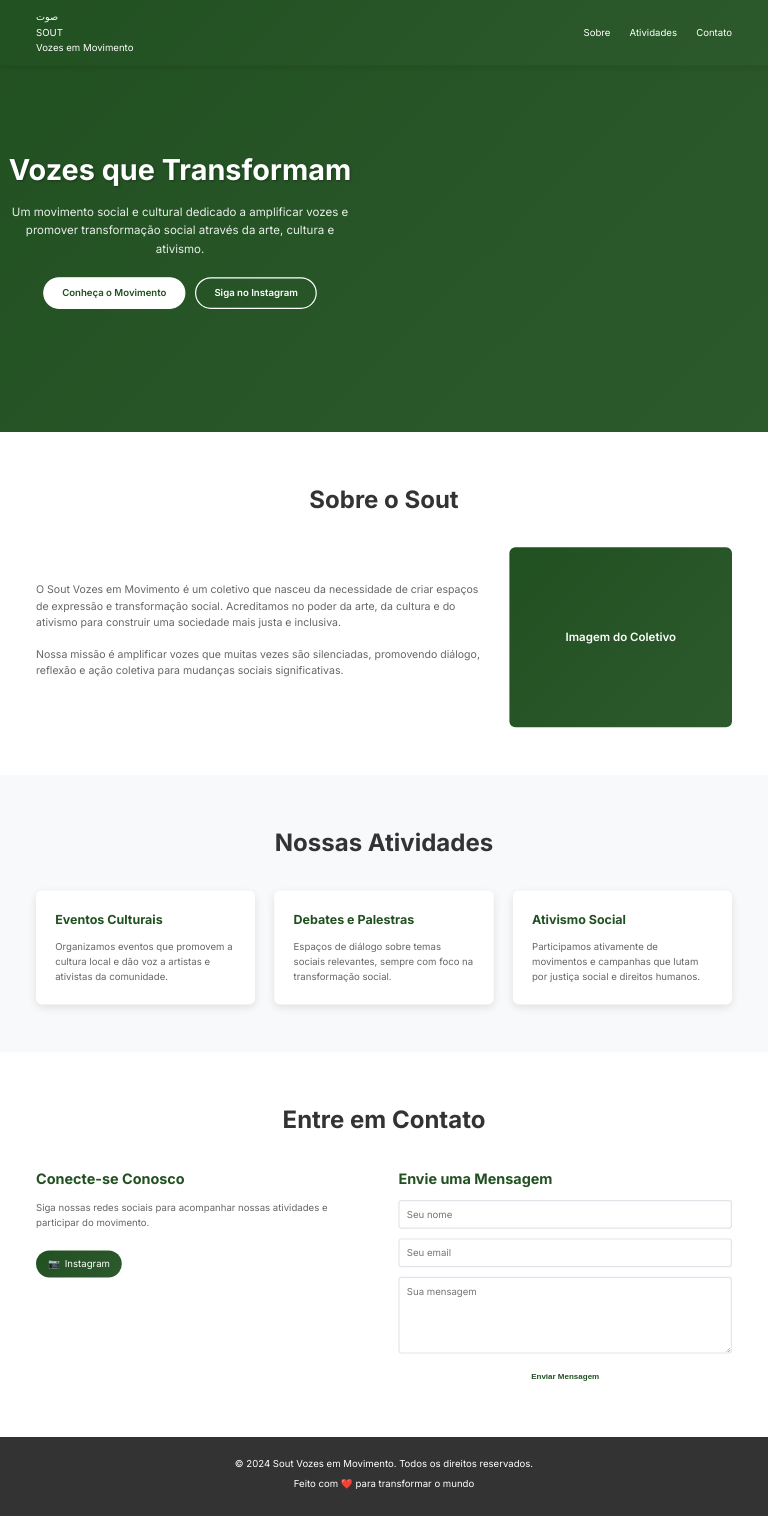
Repository: farukzahra/sout
Page: index.html
These files come from the project's save history. The page is drawn as it stood at one moment and after the next save; the edit follows.
The browser window is 1280 px wide. The pictures show the whole page, at 60% of full size.

Above is the page before, as saved 2025-10-02 12:54:59.

### index.html
<!DOCTYPE html>
<html lang="pt-BR">
<head>
    <meta charset="UTF-8">
    <meta name="viewport" content="width=device-width, initial-scale=1.0">
    <title>Sout Vozes em Movimento</title>
    <meta name="description" content="Sout Vozes em Movimento - Movimento social e cultural">
    <link rel="stylesheet" href="style.css">
    <link href="https://fonts.googleapis.com/css2?family=Inter:wght@300;400;600;700&display=swap" rel="stylesheet">
</head>
<body>
    <header class="header">
        <nav class="nav">
            <div class="nav-brand">
                <div class="logo">
                    <div class="logo-text">صوت</div>
                    <div class="logo-main">SOUT</div>
                    <div class="logo-subtitle">Vozes em Movimento</div>
                </div>
            </div>
            <ul class="nav-menu">
                <li><a href="#sobre">Sobre</a></li>
                <li><a href="#atividades">Atividades</a></li>
                <li><a href="#contato">Contato</a></li>
            </ul>
        </nav>
    </header>

    <main>
        <section class="hero">
            <div class="hero-content">
                <h2>Vozes que Transformam</h2>
                <p>Um movimento social e cultural dedicado a amplificar vozes e promover transformação social através da arte, cultura e ativismo.</p>
                <div class="hero-buttons">
                    <a href="#sobre" class="btn btn-primary">Conheça o Movimento</a>
                    <a href="https://www.instagram.com/sout_vozesemmovimento/" target="_blank" class="btn btn-secondary">Siga no Instagram</a>
                </div>
            </div>
        </section>

        <section id="sobre" class="section">
            <div class="container">
                <h2>Sobre o Sout</h2>
                <div class="about-content">
                    <div class="about-text">
                        <p>O Sout Vozes em Movimento é um coletivo que nasceu da necessidade de criar espaços de expressão e transformação social. Acreditamos no poder da arte, da cultura e do ativismo para construir uma sociedade mais justa e inclusiva.</p>
                        <p>Nossa missão é amplificar vozes que muitas vezes são silenciadas, promovendo diálogo, reflexão e ação coletiva para mudanças sociais significativas.</p>
                    </div>
                    <div class="about-image">
                        <div class="placeholder-image">
                            <span>Imagem do Coletivo</span>
                        </div>
                    </div>
                </div>
            </div>
        </section>

        <section id="atividades" class="section section-alt">
            <div class="container">
                <h2>Nossas Atividades</h2>
                <div class="activities-grid">
                    <div class="activity-card">
                        <h3>Eventos Culturais</h3>
                        <p>Organizamos eventos que promovem a cultura local e dão voz a artistas e ativistas da comunidade.</p>
                    </div>
                    <div class="activity-card">
                        <h3>Debates e Palestras</h3>
                        <p>Espaços de diálogo sobre temas sociais relevantes, sempre com foco na transformação social.</p>
                    </div>
                    <div class="activity-card">
                        <h3>Ativismo Social</h3>
                        <p>Participamos ativamente de movimentos e campanhas que lutam por justiça social e direitos humanos.</p>
                    </div>
                </div>
            </div>
        </section>

        <section id="contato" class="section">
            <div class="container">
                <h2>Entre em Contato</h2>
                <div class="contact-content">
                    <div class="contact-info">
                        <h3>Conecte-se Conosco</h3>
                        <p>Siga nossas redes sociais para acompanhar nossas atividades e participar do movimento.</p>
                        <div class="social-links">
                            <a href="https://www.instagram.com/sout_vozesemmovimento/" target="_blank" class="social-link">
                                <span>📷</span> Instagram
                            </a>
                        </div>
                    </div>
                    <div class="contact-form">
                        <h3>Envie uma Mensagem</h3>
                        <form>
                            <input type="text" placeholder="Seu nome" required>
                            <input type="email" placeholder="Seu email" required>
                            <textarea placeholder="Sua mensagem" rows="5" required></textarea>
                            <button type="submit" class="btn btn-primary">Enviar Mensagem</button>
                        </form>
                    </div>
                </div>
            </div>
        </section>
    </main>

    <footer class="footer">
        <div class="container">
            <p>&copy; 2024 Sout Vozes em Movimento. Todos os direitos reservados.</p>
            <p>Feito com ❤️ para transformar o mundo</p>
        </div>
    </footer>

    <script>
        // Smooth scrolling para links internos
        document.querySelectorAll('a[href^="#"]').forEach(anchor => {
            anchor.addEventListener('click', function (e) {
                e.preventDefault();
                const target = document.querySelector(this.getAttribute('href'));
                if (target) {
                    target.scrollIntoView({
                        behavior: 'smooth',
                        block: 'start'
                    });
                }
            });
        });

        // Formulário de contato (funcionalidade básica)
        document.querySelector('form').addEventListener('submit', function(e) {
            e.preventDefault();
            alert('Obrigado pela sua mensagem! Entraremos em contato em breve.');
            this.reset();
        });
    </script>
</body>
</html>

### style.css
/* Reset e configurações básicas */
* {
    margin: 0;
    padding: 0;
    box-sizing: border-box;
}

body {
    font-family: 'Inter', sans-serif;
    line-height: 1.6;
    color: #333;
    background-color: #fff;
}

.container {
    max-width: 1200px;
    margin: 0 auto;
    padding: 0 20px;
}

/* Header */
.header {
    background: linear-gradient(135deg, #215021 0%, #2d5a2d 100%);
    color: white;
    padding: 1rem 0;
    position: fixed;
    top: 0;
    width: 100%;
    z-index: 1000;
    box-shadow: 0 2px 10px rgba(0,0,0,0.1);
}

.nav {
    display: flex;
    justify-content: space-between;
    align-items: center;
    max-width: 1200px;
    margin: 0 auto;
    padding: 0 20px;
}

.nav-brand h1 {
    font-size: 1.5rem;
    font-weight: 700;
}

.nav-menu {
    display: flex;
    list-style: none;
    gap: 2rem;
}

.nav-menu a {
    color: white;
    text-decoration: none;
    font-weight: 500;
    transition: opacity 0.3s ease;
}

.nav-menu a:hover {
    opacity: 0.8;
}

/* Hero Section */
.hero {
    background: linear-gradient(135deg, #215021 0%, #2d5a2d 100%);
    color: white;
    padding: 120px 0 80px;
    text-align: center;
    min-height: 100vh;
    display: flex;
    align-items: center;
}

.hero-content h2 {
    font-size: 3rem;
    font-weight: 700;
    margin-bottom: 1rem;
    text-shadow: 2px 2px 4px rgba(0,0,0,0.3);
}

.hero-content p {
    font-size: 1.2rem;
    margin-bottom: 2rem;
    max-width: 600px;
    margin-left: auto;
    margin-right: auto;
    opacity: 0.9;
}

.hero-buttons {
    display: flex;
    gap: 1rem;
    justify-content: center;
    flex-wrap: wrap;
}

/* Botões */
.btn {
    display: inline-block;
    padding: 12px 30px;
    text-decoration: none;
    border-radius: 50px;
    font-weight: 600;
    transition: all 0.3s ease;
    border: 2px solid transparent;
}

.btn-primary {
    background: white;
    color: #215021;
    border-color: white;
}

.btn-primary:hover {
    background: transparent;
    color: white;
    border-color: white;
}

.btn-secondary {
    background: transparent;
    color: white;
    border-color: white;
}

.btn-secondary:hover {
    background: white;
    color: #215021;
}

/* Seções */
.section {
    padding: 80px 0;
}

.section-alt {
    background-color: #f8f9fa;
}

.section h2 {
    text-align: center;
    font-size: 2.5rem;
    margin-bottom: 3rem;
    color: #333;
}

/* Sobre */
.about-content {
    display: grid;
    grid-template-columns: 2fr 1fr;
    gap: 3rem;
    align-items: center;
}

.about-text p {
    font-size: 1.1rem;
    margin-bottom: 1.5rem;
    color: #666;
}

.placeholder-image {
    background: linear-gradient(135deg, #215021 0%, #2d5a2d 100%);
    height: 300px;
    border-radius: 10px;
    display: flex;
    align-items: center;
    justify-content: center;
    color: white;
    font-size: 1.2rem;
    font-weight: 600;
}

/* Atividades */
.activities-grid {
    display: grid;
    grid-template-columns: repeat(auto-fit, minmax(300px, 1fr));
    gap: 2rem;
}

.activity-card {
    background: white;
    padding: 2rem;
    border-radius: 10px;
    box-shadow: 0 5px 15px rgba(0,0,0,0.1);
    transition: transform 0.3s ease, box-shadow 0.3s ease;
}

.activity-card:hover {
    transform: translateY(-5px);
    box-shadow: 0 10px 25px rgba(0,0,0,0.15);
}

.activity-card h3 {
    color: #215021;
    margin-bottom: 1rem;
    font-size: 1.3rem;
}

.activity-card p {
    color: #666;
    line-height: 1.6;
}

/* Contato */
.contact-content {
    display: grid;
    grid-template-columns: 1fr 1fr;
    gap: 3rem;
}

.contact-info h3 {
    color: #215021;
    margin-bottom: 1rem;
    font-size: 1.5rem;
}

.contact-info p {
    color: #666;
    margin-bottom: 2rem;
}

.social-links {
    display: flex;
    gap: 1rem;
}

.social-link {
    display: flex;
    align-items: center;
    gap: 0.5rem;
    padding: 10px 20px;
    background: linear-gradient(135deg, #215021 0%, #2d5a2d 100%);
    color: white;
    text-decoration: none;
    border-radius: 25px;
    transition: transform 0.3s ease;
}

.social-link:hover {
    transform: translateY(-2px);
}

.contact-form h3 {
    color: #215021;
    margin-bottom: 1rem;
    font-size: 1.5rem;
}

.contact-form form {
    display: flex;
    flex-direction: column;
    gap: 1rem;
}

.contact-form input,
.contact-form textarea {
    padding: 12px;
    border: 2px solid #e1e5e9;
    border-radius: 5px;
    font-family: inherit;
    font-size: 1rem;
    transition: border-color 0.3s ease;
}

.contact-form input:focus,
.contact-form textarea:focus {
    outline: none;
    border-color: #215021;
}

.contact-form textarea {
    resize: vertical;
    min-height: 120px;
}

/* Footer */
.footer {
    background: #333;
    color: white;
    text-align: center;
    padding: 2rem 0;
}

.footer p {
    margin-bottom: 0.5rem;
}

/* Responsividade */
@media (max-width: 768px) {
    .nav {
        flex-direction: column;
        gap: 1rem;
    }

    .nav-menu {
        gap: 1rem;
    }

    .hero-content h2 {
        font-size: 2rem;
    }

    .hero-buttons {
        flex-direction: column;
        align-items: center;
    }

    .about-content,
    .contact-content {
        grid-template-columns: 1fr;
        gap: 2rem;
    }

    .activities-grid {
        grid-template-columns: 1fr;
    }

    .section h2 {
        font-size: 2rem;
    }
}

@media (max-width: 480px) {
    .hero {
        padding: 100px 0 60px;
    }

    .hero-content h2 {
        font-size: 1.8rem;
    }

    .hero-content p {
        font-size: 1rem;
    }

    .section {
        padding: 60px 0;
    }

    .container {
        padding: 0 15px;
    }
}

After the next save:
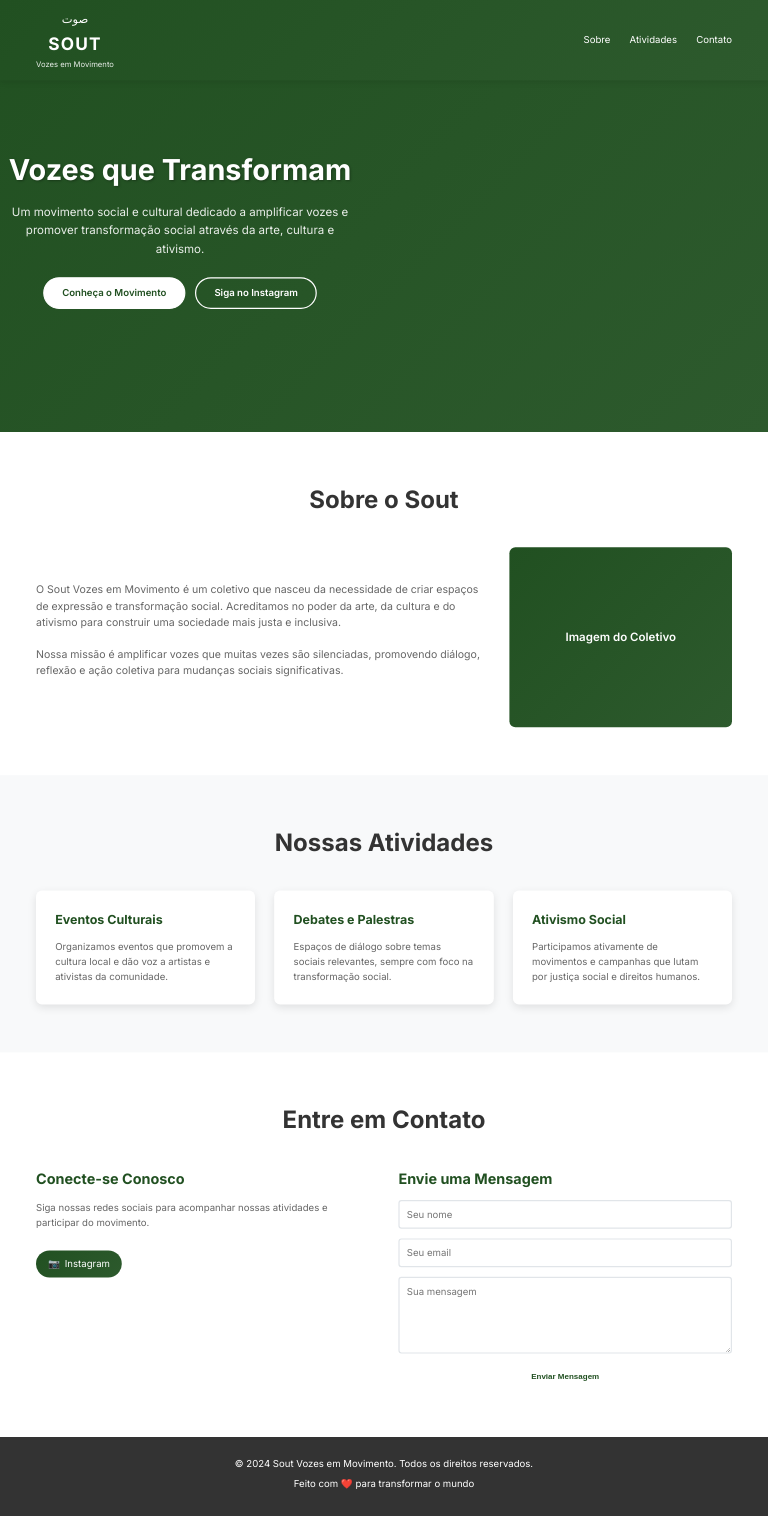
Saved 3 s later.
--- a/style.css
+++ b/style.css
@@ -39,9 +39,28 @@ body {
     padding: 0 20px;
 }
 
-.nav-brand h1 {
-    font-size: 1.5rem;
+.logo {
+    text-align: center;
+}
+
+.logo-text {
+    font-size: 1.2rem;
+    font-weight: 400;
+    margin-bottom: 0.2rem;
+    direction: rtl;
+}
+
+.logo-main {
+    font-size: 1.8rem;
     font-weight: 700;
+    letter-spacing: 2px;
+    margin-bottom: 0.1rem;
+}
+
+.logo-subtitle {
+    font-size: 0.8rem;
+    font-weight: 400;
+    opacity: 0.9;
 }
 
 .nav-menu {
